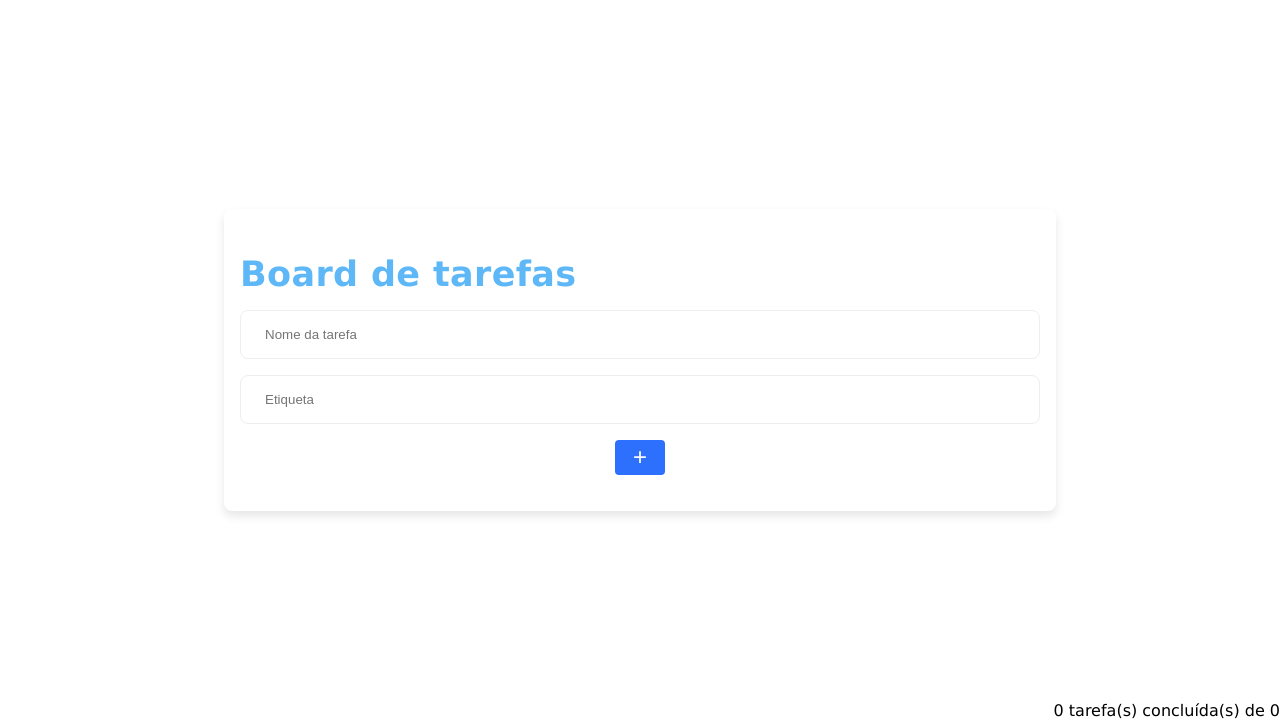
Repository: elasoares/RID187500_Desafio3
Page: index.html
These files come from the project's save history. The page is drawn as it stood at one moment and after the next save; the edit follows.
The browser window is 1280 px wide. The pictures show the whole page.

Above is the page before, as saved 2024-12-03 19:24:14.

### index.html
<!DOCTYPE html>
<html lang="pt">
<head>
    <meta charset="UTF-8">
    <meta name="viewport" content="width=device-width, initial-scale=1.0">
    <title>To-Do</title>
    <link rel="stylesheet" href="style.css">
<body>
    <main>
        <header>
            <h1>Board de tarefas</h1>
        </header>
        <section id="create-todo-section">
            <form id="create-todo-form">
                <input
                type="text"
                id="descricao"
                name="descricao"
                placeholder="Nome da tarefa"
                aria-label="Nome da tarefa"
                class="input-nome-tarefa"
            />
            <input
                type="text"
                id="etiqueta"
                name="etiqueta"
                placeholder="Etiqueta"
                aria-label="Etiqueta"
                class="input-etiqueta"
            />
            <div class="container-btn">
                <button type="submit" aria-label="Cadastrar tarefa" class="add-tarefa-btn">+</button>
            </div>
            </form>
        </section>
        <section class="todo-list-section">
            <ul id="todo-list">
            </ul>
        </section>
        <footer id="todo-footer">

        </footer>
    </main>
    <script src="js.js"></script>
</body>
</html>

### style.css
html {
    width: 100%;
    height: auto;

    box-sizing: border-box;
    font-size: 10px;
    font-family: 'Lucida Sans Regular', 'Lucida Grande', 'Lucida Sans Unicode';
}

body {
    width: 100%;
    height: 100vh;
    margin: 0;
    padding: 0;
    display: flex;
    justify-content: center;
    align-items: center;
}

header{
    width: 100%;
}

    h1 {
    font-family: 'Lucida Sans Regular', 'Lucida Grande', 'Lucida Sans Unicode';
    font-size: 32px;
    font-weight: 600;
    line-height: 37.92px;
    letter-spacing: 0.01em;
    text-align: left;
    text-underline-position: from-font;
    text-decoration-skip-ink: none;
    color: #000;
}

main {
    width: 100%;
    height: auto;
    max-width: 42rem;
    background-color: #fff;
    border-radius: 0.8rem;
    padding: 3rem 2.4rem;
    box-shadow: 0 0.5rem 1rem rgba(0, 0, 0, 0.1);
    display: flex;
    justify-content: flex-start;
    align-items: center;
    flex-direction: column;

}


.todo-list-section {
    display: flex;
    flex-direction: column;
    align-items: center;
    justify-content: center;
    width: 100%;
    height: auto;
    gap: 8px;
}

.todo-list-section ul {
    padding-inline-start: 0;
    height: 20rem;
    overflow: auto;
    width: 100%;
    display: flex;
    flex-direction: column;
    align-items: center;
    justify-content: center;
    height: auto;
    gap: 8px;
}

.todo-list-section ul li {
    width: 80%;
    height: 120px;
    padding: 24px 32px 24px 32px;
    margin-top: 5px;
    border-radius: 16px;
    border: 1px solid #EEEEEE;
    list-style: none;
    display: flex;
    flex-direction: column;
    align-items: flex-start;
    justify-content: center;
    gap: 16px;
}

.todo-list-section ul li:last-child {
    margin-bottom: 0;
}



.complete-task-btn {
    background: #2D70FD;
    width: 121px;
    height:44px;
    padding: 12px 24px 12px 24px;
    gap: 8px;
    border-radius: 4px;
    border: 1px solid #2D70FD;
    color: #fff;
    font-family: 'Lucida Sans Regular', 'Lucida Grande', 'Lucida Sans Unicode';
    font-size: 18px;
    font-weight: 500;
    text-align: center;
    align-self: center;
}




#create-todo-section {
    width: 100%;
    height: 150px;
    display: flex;
    flex-direction: column;
    align-items: flex-start;
    justify-content: center;
}

#create-todo-form {
    font-size: 1.6rem;
    display: flex;
    flex-direction: column;
    width: 100%;
    gap: 16px;
}
input{
    width: Fill (311px)px;
    height: Fixed (50px)px;
    padding: 16px 24px 16px 24px;
    gap: 10px;
    border-radius: 8px;
    border: 1px solid #EEEEEE

}

input:focus {
    border: 1px solid #5eb7f6;
}



.container-btn{
    display: flex;
    align-items: center;
    justify-content: center;
    width: 100%;
}

.add-tarefa-btn {
    width: 100%;
    height: 4rem;
    color: #fff;
    background-color: #2D70FD;
    border-radius: 4px;
    font-size: 2.4rem;
    cursor: pointer;
    border: none;
}

.add-tarefa-btn:hover {
    opacity: 0.8;
}


.task-details{
    display: flex;
    align-items: flex-start;
    justify-content: center;
    flex-direction: column;
    gap: 5px;
}

.task-text{
    font-family: 'Lucida Sans Regular', 'Lucida Grande', 'Lucida Sans Unicode';
    font-size: 16px;
    font-weight: 500;
    line-height: 17.6px;
    letter-spacing: 0.01em;
    text-underline-position: from-font;
    text-decoration-skip-ink: none;

}

.todo-item.completed .task-text {
    text-decoration: line-through;
    color: #bbbbbb;
    font-family: 'Lucida Sans Regular', 'Lucida Grande', 'Lucida Sans Unicode';
    font-size: 16px;
    font-weight: 500;
    line-height: 17.6px;
    letter-spacing: 0.01em;
    text-decoration-line: line-through;
    text-underline-position: from-font;
    text-decoration-skip-ink: none;

}

.todo-item.completed .task-completed-icon {
    font-size: 1.6rem;
    color: #fff;
    align-self: center;
    width: 32px;
    height: 32px;
    border-radius: 32px;
    background: #00D8A7;
    display: flex;
    align-items: center;
    justify-content: center;
}

.task-label {
    width: 67px;
    height: 21px;
    border-radius: 16px;
    border: 1px 0px 0px 0px;
    background: #FFFFFF;
    border: 1px solid #b2bec3;
    display: flex;
    align-items: center;
    justify-content: center;
    color: #b2bec3;
}

.task-date {
    font-size: 1rem;
    color: #b2bec3;
    margin-top: 0.4rem;
}


footer {
    width: 100%;
    display: flex;
    flex-direction: row-reverse;
    justify-content: space-between;
    font-size: 1.6rem;
    align-items: center;
    position: fixed;
    bottom: 0;
}

@media (min-width: 768px) {
    main {
        max-width: 50rem;
        padding: 2.4rem 1.6rem;
    }

    h1 {
        color: #da5c3e;
    }

    .todo-list-section ul li {
        font-size: 1.5rem;
    }

    .add-tarefa-btn {
        width: 5rem;
        height: 3.5rem;
    }

    #nome-tarefa {
        font-size: 1.5rem;
    }
    .remove-done-task-btn {
        font-size: 1.5rem;
        padding: 0 1rem;
    }
}

@media (min-width: 980px) {
    main {
        max-width: 80rem;
        padding: 2.4rem 1.6rem;
    }
    h1 {
        font-size: 3.5rem;
        color: #5eb7f6;
    }

    .remove-done-task-btn {
        font-size: 1.8rem;
        padding: 0 1rem;
    }
}

### js.js
const createTaskListItem = (tarefa) => {
    const lista = document.getElementById("todo-list");

    const toDo = document.createElement('li');
    toDo.className = `todo-item ${tarefa.checado ? 'completed' : ''}`;
    toDo.id = tarefa.id;

    // Criar o conteúdo da tarefa
    const taskDetails = document.createElement('span');
    taskDetails.className = 'task-details';
    taskDetails.innerHTML = `
        <span class="task-text ${tarefa.checado ? 'completed-text' : ''}">${tarefa.descricao}</span>
        <span class="task-label">${tarefa.etiqueta}</span>
        <span class="task-date">Criado em: ${tarefa.data}</span>

    `;


    if (!tarefa.checado) {
        const completeButton = document.createElement('button');
        completeButton.textContent = 'Concluir';
        completeButton.className = 'complete-task-btn';
        completeButton.onclick = () => markTaskAsCompleted(tarefa.id);

        toDo.appendChild(taskDetails);
        toDo.appendChild(completeButton);
    } else {
        const completedIcon = document.createElement('span');
        completedIcon.textContent = '✔';
        completedIcon.className = 'task-completed-icon';

        toDo.appendChild(taskDetails);
        toDo.appendChild(completedIcon);
    }

    lista.appendChild(toDo);
};

const markTaskAsCompleted = (taskId) => {
    const tarefas = getTasksFromLocalStorage();
    const updatedTasks = tarefas.map((task) => {
        if (task.id === taskId) {
            task.checado = true;
        }
        return task;
    });

    setTaskInLocalStorage(updatedTasks);


    const taskElement = document.getElementById(taskId);
    if (taskElement) {
        taskElement.remove();
    }
    const tarefa = updatedTasks.find((task) => task.id === taskId);
    createTaskListItem(tarefa);

    renderTaskProgressData(updatedTasks);
};

const getTasksFromLocalStorage = () => {
    const localTasks = JSON.parse(window.localStorage.getItem('tasks'));
    return localTasks ? localTasks : [];
};

const setTaskInLocalStorage = (tarefas) => {
    window.localStorage.setItem('tasks', JSON.stringify(tarefas));
};

const renderTaskProgressData = (tasks) => {
    const tasksProgress = document.getElementById('tasks-progress') || document.createElement('span');
    tasksProgress.id = 'tasks-progress';

    const doneTasks = tasks.filter(({ checado }) => checado).length;
    const totalTasks = tasks.length;

    tasksProgress.textContent = `${doneTasks} tarefa(s) concluída(s) de ${totalTasks}`;
    document.getElementById('todo-footer').appendChild(tasksProgress);
};

const createTask = (event) => {
    event.preventDefault();

    const descricao = event.target.elements.descricao.value;
    const etiqueta = event.target.elements.etiqueta.value;
    const id = new Date().getTime();
    const data = new Date().toLocaleDateString();
    const checado = false;

    const newTask = { id, descricao, etiqueta, data, checado };

    const tarefas = getTasksFromLocalStorage();
    const updatedTasks = [...tarefas, newTask];
    setTaskInLocalStorage(updatedTasks);

    createTaskListItem(newTask);
    event.target.reset(); // Limpar o formulário
    renderTaskProgressData(updatedTasks);
};

window.onload = () => {
    const form = document.getElementById('create-todo-form');
    form.addEventListener('submit', createTask);

    const tarefas = getTasksFromLocalStorage();
    tarefas.forEach((tarefa) => createTaskListItem(tarefa));
    renderTaskProgressData(tarefas);
};

After the next save:
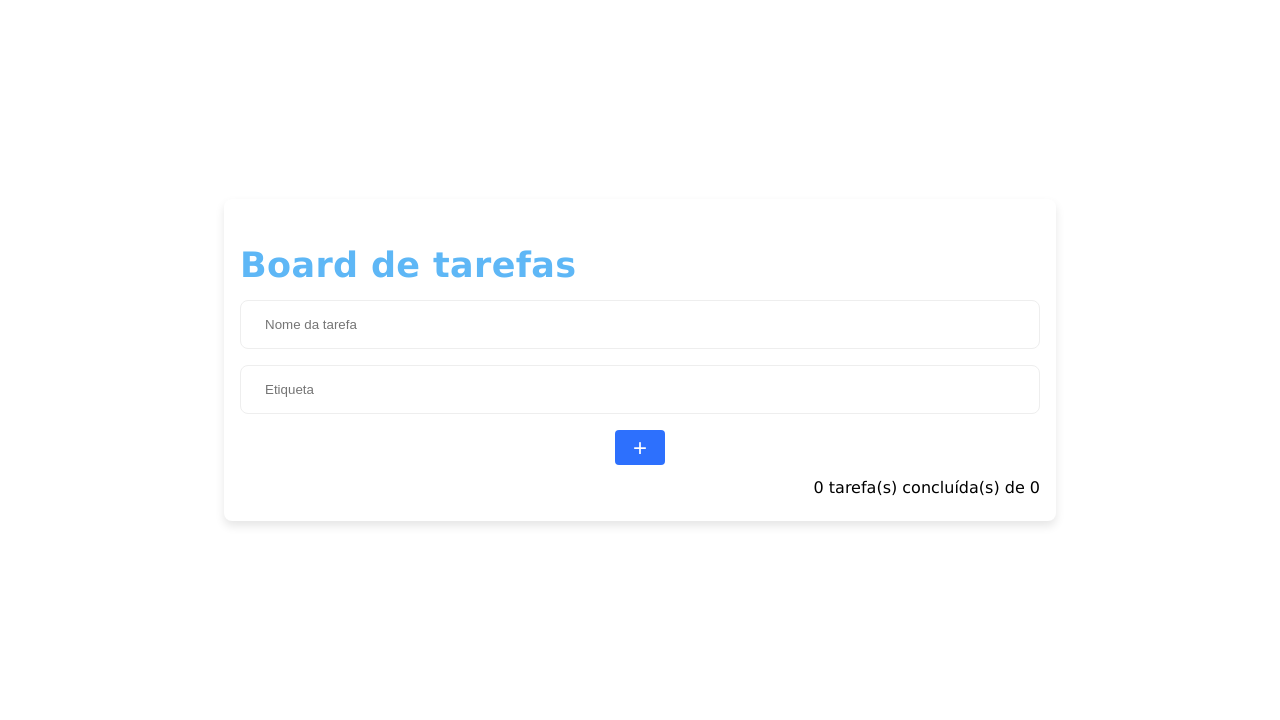
Saved 22 s later.
--- a/style.css
+++ b/style.css
@@ -240,8 +240,7 @@ footer {
     justify-content: space-between;
     font-size: 1.6rem;
     align-items: center;
-    position: fixed;
-    bottom: 0;
+
 }
 
 @media (min-width: 768px) {
